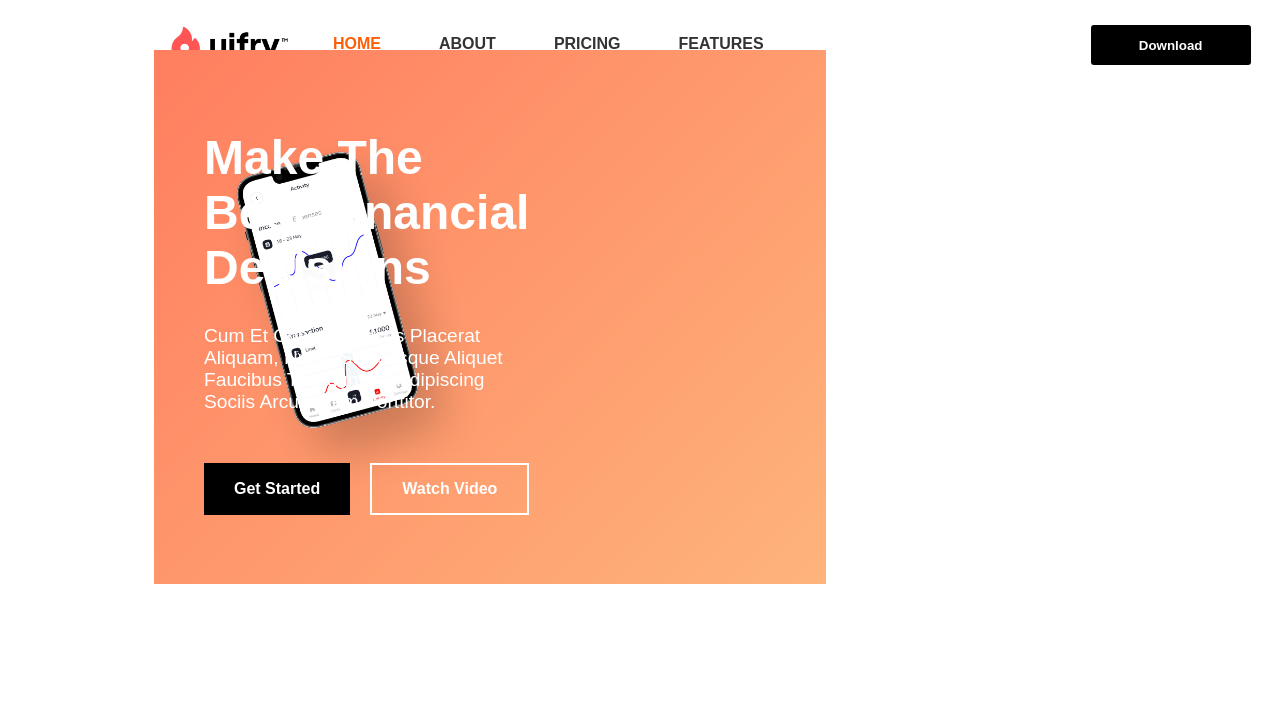
Repository: sakshambansal7/Uifry
Page: index.html
An editor plug-in stored every save of this project. The page is shown before and after the next save, followed by the edit.
The browser window is 1280 px wide. The pictures show the whole page.

Above is the page before, as saved 2024-06-12 15:02:01.

### index.html
<!DOCTYPE html>
<html lang="en">
  <head>
    <meta charset="UTF-8" />
    <meta name="viewport" content="width=device-width, initial-scale=1.0" />
    <title>uifry.com</title>
    <link rel="stylesheet" href="style.css" />
  </head>
  <body>
    <nav class="navbar">
      <div>
        <img class="logo" src="./images/logo.png" alt="img" />
      </div>
      <div class="nav">
        <div><a href="#" class="nav__link active">Home </a></div>
        <div><a href="#" class="nav__link">About Us</a></div>
        <div><a href="#" class="nav__link">Pricing</a></div>
        <div><a href="#" class="nav__link">features</a></div>
      </div>
      <div class="download">
        <button class="button">Download</button>
      </div>
    </nav>
    <div class="part1 absolute">
      <div class="left absolute insert-0 justify-center ">
        <div class="bg-shape1 bg-primary opacity-50 bg-blur"></div>
        <div class="bg-shape2 bg-yellow opacity-50 bg-blur"></div>

        <h1>Make The Best Financial Decisions</h1>
        <p>
          Cum Et Convallis Risus Placerat Aliquam, Nunc. Scelerisque Aliquet
          Faucibus Tincidunt Eu Adipiscing Sociis Arcu Lorem Porttitor.
        </p>
        <div class="cta-buttons">
          <button class="get-started-btn">Get Started</button>
          <button class="watch-video-btn">Watch Video</button>
        </div>
      </div>
      <div class="right">
        <img src="./images/igraph.png" alt="Mobile App Mockup" />
      </div>
    </div>
  </body>
  <script src="script.js"></script>
</html>

### style.css

*{
    margin: 0px;
    padding: 5px;

}
body {
  margin-left: 20vh;
  margin-right: 20vh;
  font-family: Arial, sans-serif;
  background: #fff;
  color: #333;
  justify-content: center;
  box-sizing: border-box;
}

  /* navbar */
.logo {
  width: 120px;
}


.navbar{
  display: flex;
  justify-content: flex-start;

}
.nav{
  padding-top: 10px;
  display: flex;
  justify-content: center;

}
nav  {
  display: inline;
}

nav a {
  text-decoration: none;
  color: #333;
  font-weight: bold;
}


.button {
  width: 160px;
  height: 40px;
  border-radius: 3px;

  background-color: #000;
  color: #fff;
  padding: 10px 20px;
  border: none;
  cursor: pointer;
  font-weight: bold;
  margin-left: 40vh;
}
.download{

  padding-top: 10px;
}


.nav__link {
    display: block;
    padding: .3125rem 1.5rem;
    text-transform: uppercase;
  }

  .nav__link.active  {

    color: #FF5E08;
  }

  /* part-1 */

  .part1 {
    display: flex;
    justify-content: space-between;
    padding: 60px 40px;
    background: linear-gradient(135deg, #ff7e5f, #feb47b);
    color: #fff;
}

.left {
  max-width: 50%;
}

.part1 h1 {
  font-size: 3em;
  margin: 0 0 20px;
}

.part1 p {
  font-size: 1.2em;
  margin: 0 0 40px;
}

.cta-buttons {
  display: flex;
  gap: 20px;
}

.get-started-btn,
.watch-video-btn {
  background: #000;
  color: #fff;
  padding: 15px 30px;
  border: none;
  cursor: pointer;
  font-size: 1em;
  font-weight: bold;
}

.watch-video-btn {
  background: transparent;
  border: 2px solid #fff;
}

.right {
  max-width: 50%;
}

.right img {
  width: 100%;
}
/* background-effect */
.absolute{
  position: absolute;
  top: 50px !important;
}
.justify-center{
  justify-content: center;
}

### script.js
document.addEventListener('DOMContentLoaded', function() {
    const selector = '.nav__link';
    const elems = Array.from( document.querySelectorAll( selector ) );
    const navigation = document.querySelector( 'nav' );

    function makeActive( evt ) {
      const target = evt.target;

      if ( !target || !target.matches( selector ) ) {
        return;
      }

      elems.forEach( elem => elem.classList.remove( 'active' ) );

        evt.target.classList.add( 'active' );
    };

    navigation.addEventListener( 'mousedown', makeActive );

    } );

After the next save:
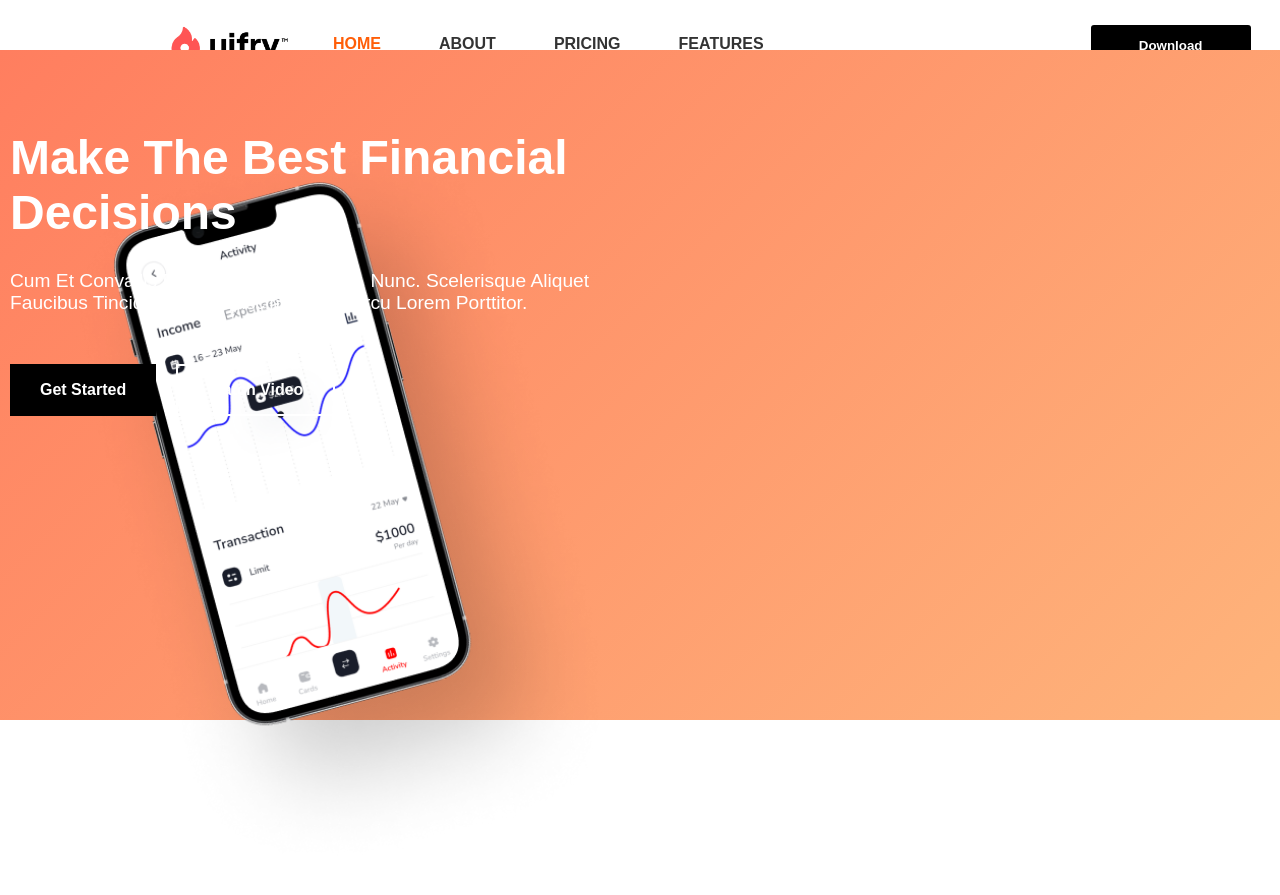
Saved 9 s later.
--- a/style.css
+++ b/style.css
@@ -128,6 +128,7 @@ nav a {
 .absolute{
   position: absolute;
   top: 50px !important;
+  inset: 0;
 }
 .justify-center{
   justify-content: center;
